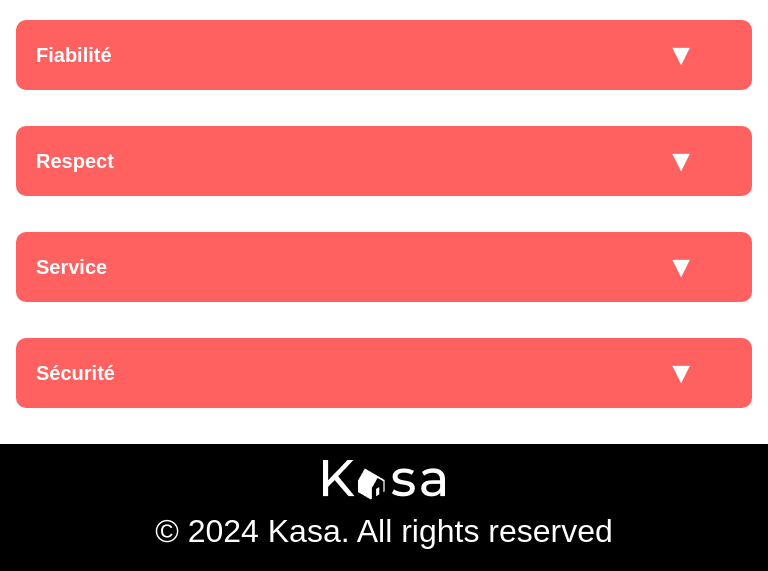
Repository: Dimple3377/kasa-project
Page: /about
These files come from the project's save history. The page is drawn as it stood at one moment and after the next save; the edit follows.
The browser window is 768 px wide. The pictures show the part of the page from y = 398 to 1001 px (the page is 969 px tall before and 1001 px after).
The project was rebuilt for these pictures with package versions that can differ from the ones it lists, and the page was loaded fresh each time. Also part of the build but not shown: vite.config.js, src/Components/Card/Card.scss, src/Components/Card/Card.jsx, src/Pages/Home/Home.scss, src/Pages/Home/Home.jsx, src/Components/SlideShow/SlideShow.scss, src/Components/SlideShow/SlideShow.jsx, src/Pages/Logements/Logements.scss and 2 more.

Above is the page before, as saved 2024-04-08 00:22:42.

After the next save:
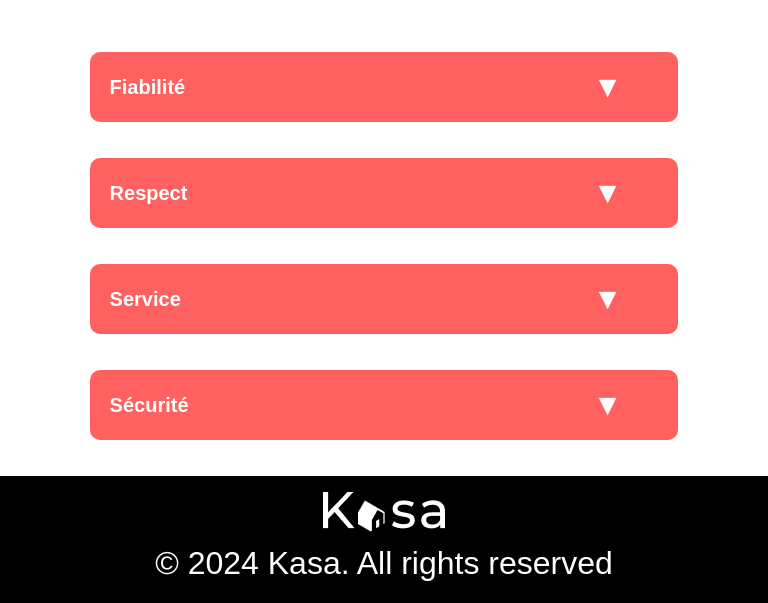
Saved 22 s later.
--- a/src/Pages/About/About.scss
+++ b/src/Pages/About/About.scss
@@ -7,34 +7,31 @@
   }
   .collapses {
     width: 100%;
-    max-width: 1440px;
-    margin: 20px auto;
+    max-width: 1440px; // Correspond à la largeur de la bannière
+    margin: 20px auto; // Ajoute des marges en haut et en bas et centre les collapses
     display: flex;
     flex-direction: column;
     align-items: center;
-    gap: 20px;
+    gap: 20px; // Ajoute un espace entre chaque collapse
 
     .collapse {
-      width: 80%;
+      width: 80%; // Prend toute la largeur du conteneur .collapses
+      // Styles supplémentaires pour .collapse si nécessaire...
+    }
+  }
+  .banner {
+    width: 100%;
+    height: 300px; // Hauteur de la bannière
+    background-size: cover;
+    background-position: center;
+    display: flex;
+    align-items: center;
+    justify-content: center;
+    padding: 2em 0;
+    margin-bottom: 2rem;
 
-      @media (max-width: 768px) {
-        width: 100%;
-      }
-    }
-    .banner {
-      width: 100%;
-      height: 300px; // Hauteur de la bannière
-      background-size: cover;
-      background-position: center;
-      display: flex;
-      align-items: center;
-      justify-content: center;
-      padding: 2em 0;
-      margin-bottom: 2rem;
-
-      .footer {
-        position: absolute;
-      }
+    .footer {
+      position: absolute;
     }
   }
 }
